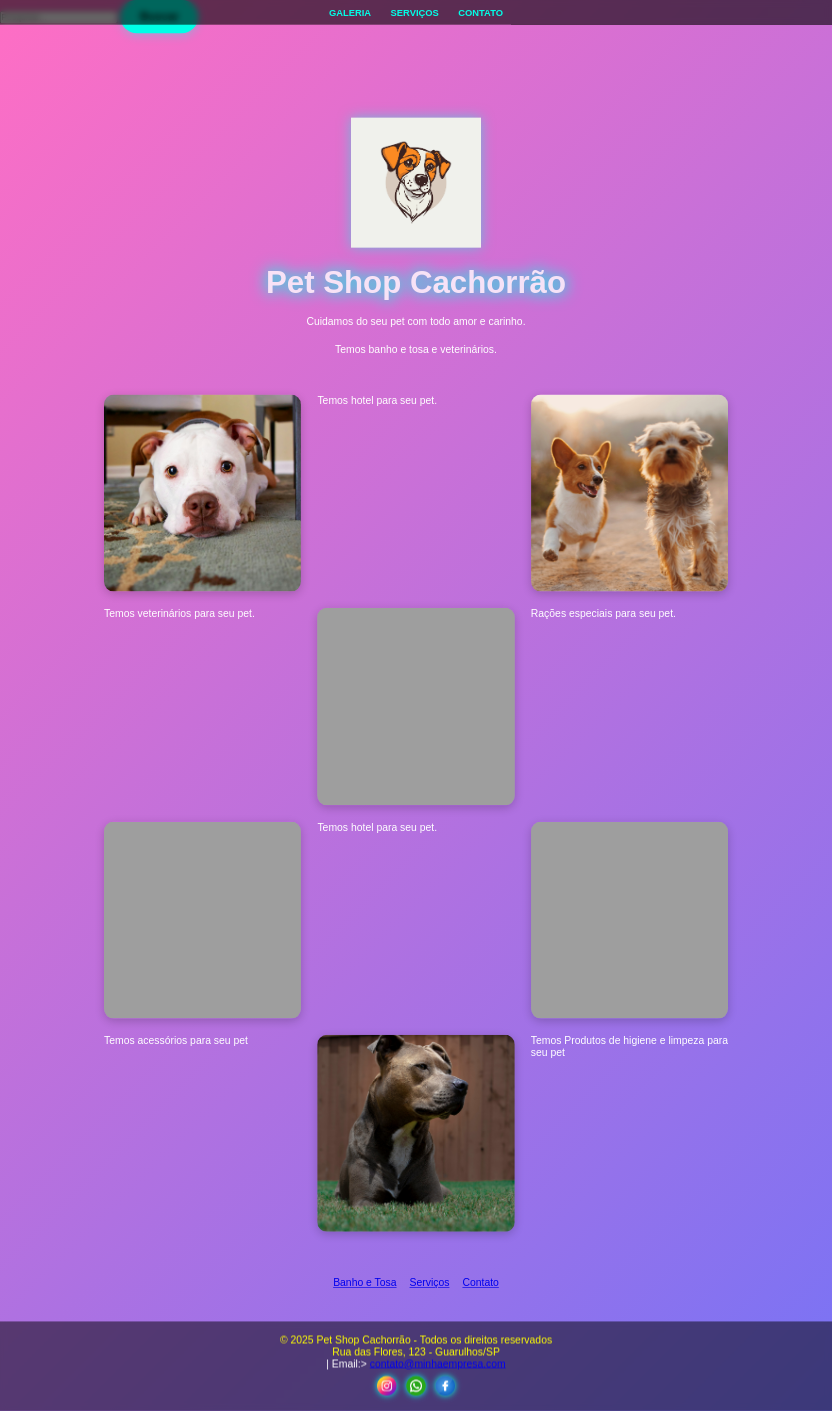
Repository: Sandro1969-tech/Desafio-petshop
Page: index.html
An editor plug-in stored every save of this project. The page is shown before and after a run of saves, followed by the edit.
The browser window is 1280 px wide. The pictures show the whole page, at 65% of full size.
Pictures or frames that could not be fetched are drawn as grey boxes.

Above is the page before, as saved 2025-12-11 20:08:16.

### index.html
<!DOCTYPE html>
<html lang="pt-BR">
<head>
  <meta charset="UTF-8">
  <meta name="viewport" content="width=device-width, initial-scale=1.0">
  <title>Pet Shop Moderno</title>
  <link rel="stylesheet" href="style.css">
  <link rel="icon" type="image/png" href="assets/image/icon.png">
</head>
<body>
  <!-- Navegação -->
   <form action="index.html" method="get">
    <input type="text" name="search" placeholder="Pesquisar...">
    <button type="submit">Buscar</button>
  <nav class="navbar">
    <ul>
      <li><a href="#gallery">Galeria</a></li>
      <li><a href="#services">Serviços</a></li>
      <li><a href="#contact">Contato</a></li>
    </ul>
  </nav>

  <!-- Cabeçalho -->
  <header>
    <img src="assets/image/logo.jpg" alt="Logo Pet Shop" class="logo">
    <h1 class="neon-title">Pet Shop Cachorrão</h1>
    <p>Cuidamos do seu pet com todo amor e carinho.</p>
    <p>Temos banho e tosa e veterinários.</p>
  </header>

  <!-- Conteúdo principal -->
  <main>
    <!-- Galeria -->
    <section id="gallery" class="gallery">

      <img src="assets/image/cao1.jpg" alt="Cachorro 1">
      <p>Temos hotel para seu pet.</p>
      <img src="assets/image/cao2.jpg" alt="Cachorro 2">
      <p>Temos veterinários para seu pet.</p>
      <img src="assets/image/cao3.jpg" alt="Cachorro 3">
      <p>Rações especiais para seu pet.</p>
      <img src="assets/image/gato1.jpg" alt="Gato 1">
      <p>Temos hotel para seu pet.</p>
      <img src="assets/image/gato2.jpg" alt="gato 2">
      <p>Temos acessórios para seu pet</p>
      <img src="assets/image/cao4.jpg" alt="cao 4">
      <p>Temos Produtos de higiene e limpeza para seu pet</p>
    </section>

    <!-- Serviços -->
    <section id="services" class="buttons">
      <a href="#banho-tosa" class="btn">Banho e Tosa</a>
      <a href="#servicos" class="btn">Serviços</a>
      <a href="#contact" class="btn">Contato</a>
    </section>
  </main>

  <!-- Rodapé -->
  <footer id="contact">
    <p  style="color: yellow;">© 2025 Pet Shop Cachorrão - Todos os direitos reservados</p>
    <p style="color: yellow;"> Rua das Flores, 123 - Guarulhos/SP</p>
    <p style="color: yellow;" Telefone (11) 1234-5678></p> | Email:> <a href="mailto:contato@minhaempresa.com">contato@minhaempresa.com</a></p>
    <div class="social-icons">
      <a href="https://instagram.com/seuPerfil" target="_blank" aria-label="Instagram">
        <img src="assets/image/instagram.png" alt="Instagram">
      </a>
      <a href="https://wa.me/seuNumero" target="_blank" aria-label="WhatsApp">
        <img src="assets/image/whatsapp.png" alt="WhatsApp">
      </a>
      <a href="https://facebook.com/seuPerfil" target="_blank" aria-label="Facebook">
        <img src="assets/image/facebook.png" alt="Facebook">
      </a>
    </div>
  </footer>
</body>
</html>

### style.css
/* Reset básico */
* {
  margin: 0;
  padding: 0;
  box-sizing: border-box;
}

html {
  scroll-behavior: smooth;
}

/* Fundo com gradiente vibrante */
body {
  font-family: 'Arial', sans-serif;
  background: linear-gradient(135deg, #ff6ec4, #7873f5);
  color: #fff;
  min-height: 100vh;
  display: flex;
  flex-direction: column;
}

/* Barra de navegação fixa */
.navbar {
  position: fixed;
  top: 0;
  width: 100%;
  background: rgba(0,0,0,0.6);
  padding: 10px 0;
  z-index: 1000;
  backdrop-filter: blur(5px);
}

.navbar ul {
  list-style: none;
  display: flex;
  justify-content: center;
  gap: 30px;
}

.navbar a {
  text-decoration: none;
  color: #00ffe7;
  font-weight: bold;
  transition: color 0.3s;
  text-transform: uppercase;
  font-size: 0.9rem;
}

.navbar a:hover {
  color: #ff6ec4;
}

/* --- ALTERAÇÃO FEITA AQUI: Cabeçalho Centralizado --- */
header {
  display: flex;
  /* Mudamos de 'row' (linha) para 'column' (coluna) para empilhar */
  flex-direction: column;
  /* Centraliza os itens horizontalmente */
  align-items: center;
  gap: 25px; /* Espaço entre o logo, título e ícone */
  padding: 130px 20px 40px;
  max-width: 1200px;
  margin: 0 auto;
  width: 100%;
}

/* --- ALTERAÇÃO FEITA AQUI: Logo Maior --- */
.logo {
  width: 200px; /* Aumentado de 80px para 200px */
  height: auto;
  filter: drop-shadow(0 0 10px rgba(0, 255, 231, 0.5)); /* Um brilho extra no logo */
}

.icon {
  width: 80px; /* Aumentei um pouco o ícone também para acompanhar o logo */
  height: auto;
}

/* Título neon com animação */
.neon-title {
  font-size: 3rem; /* Título um pouco maior */
  text-align: center;
  color: #fff;
  text-shadow: 0 0 5px #00ffe7, 0 0 10px #00ffe7, 0 0 20px #00ffe7;
  animation: flicker 2s infinite alternate;
}

@keyframes flicker {
  0% { opacity: 1; text-shadow: 0 0 5px #00ffe7, 0 0 10px #00ffe7; }
  50% { opacity: 0.8; text-shadow: 0 0 20px #00ffe7, 0 0 30px #00ffe7; }
  100% { opacity: 1; text-shadow: 0 0 10px #00ffe7, 0 0 20px #00ffe7; }
}

/* --- ALTERAÇÃO FEITA AQUI: Galeria 3x2 Fixa --- */
.gallery {
  display: grid;
  /* Força exatamente 3 colunas de tamanhos iguais */
  grid-template-columns: repeat(3, 1fr);
  gap: 25px; /* Espaço um pouco maior entre as fotos */
  padding: 20px;
  max-width: 1000px; /* Limita a largura total da galeria para não ficar muito esticada */
  margin: 0 auto; /* Centraliza a galeria */
  width: 100%;
}

.gallery img {
  width: 100%;
  aspect-ratio: 1 / 1;
  object-fit: cover;
  border-radius: 15px;
  transition: transform 0.3s, box-shadow 0.3s;
  box-shadow: 0 4px 15px rgba(0,0,0,0.2);
}

.gallery img:hover {
  transform: scale(1.05);
  box-shadow: 0 8px 25px rgba(0, 255, 231, 0.4);
  z-index: 1; /* Garante que a imagem em zoom fique por cima das outras */
}

/* Botões animados */
.buttons {
  display: flex;
  justify-content: center;
  flex-wrap: wrap;
  gap: 20px;
  margin: 50px 20px;
}

button {
  background: #00ffe7;
  border: none;
  padding: 15px 30px;
  border-radius: 50px;
  font-size: 1.1rem;
  font-weight: bold;
  color: #000;
  cursor: pointer;
  transition: all 0.3s ease;
  box-shadow: 0 4px 15px rgba(0, 255, 231, 0.3);
}

button:hover {
  transform: translateY(-5px);
  background: #ff6ec4;
  color: #fff;
  box-shadow: 0 6px 20px rgba(255, 110, 196, 0.5);
}

/* Rodapé */
footer {
  text-align: center;
  padding: 20px;
  background: rgba(0,0,0,0.5);
  margin-top: auto;
  backdrop-filter: blur(5px);
}

.social-icons {
  margin-top: 15px;
  display: flex;
  justify-content: center;
  gap: 25px;
}

.social-icons img {
  width: 30px;
  height: 30px;
  transition: transform 0.3s;
  filter: drop-shadow(0 0 5px #00ffe7);
}

.social-icons img:hover {
  transform: scale(1.2) rotate(10deg);
}

/* Media Query para celulares */
@media (max-width: 768px) {
  .neon-title {
    font-size: 2.2rem;
  }

  .logo {
      width: 150px; /* Logo um pouco menor em celulares */
  }

  /* IMPORTANTE: Em telas pequenas (celulares), 3 colunas ficam muito apertadas.
     Mudei para 2 colunas no celular para ficar melhor de ver.
     Se você quiser 3 colunas MESMO no celular, mude abaixo para repeat(3, 1fr) */
  .gallery {
    grid-template-columns: repeat(2, 1fr);
    gap: 15px;
  }
}

@media (max-width: 480px) {
    /* Em telas muito pequenas, 1 coluna só */
    .gallery {
        grid-template-columns: 1fr;
    }
}

.social-icons {
  display: flex;
  justify-content: center;
  gap: 15px;
  margin-top: 10px;
}

.social-icons img {
  width: 30px;
  height: 30px;
  transition: transform 0.3s ease, filter 0.3s ease;
}

.social-icons img:hover {
  transform: scale(1.2) rotate(10deg);
  filter: brightness(1.2);
}

After the next 2 saves:
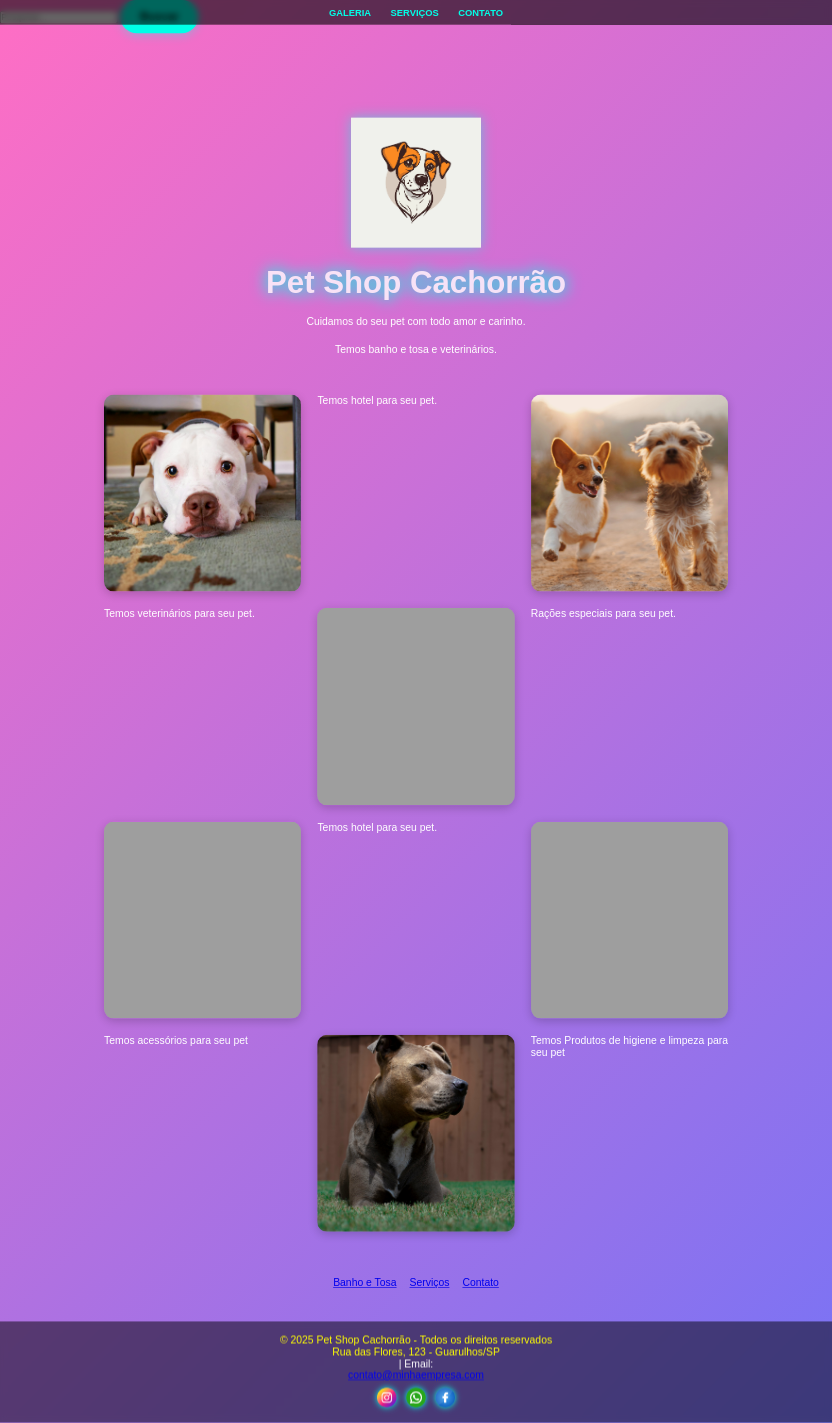
The 2 saves are shown as one change because they came seconds apart.
The last was saved 33 s later.
--- a/index.html
+++ b/index.html
@@ -59,7 +59,7 @@
   <footer id="contact">
     <p  style="color: yellow;">© 2025 Pet Shop Cachorrão - Todos os direitos reservados</p>
     <p style="color: yellow;"> Rua das Flores, 123 - Guarulhos/SP</p>
-    <p style="color: yellow;" Telefone (11) 1234-5678></p> | Email:> <a href="mailto:contato@minhaempresa.com">contato@minhaempresa.com</a></p>
+    <p style="color: yellow;" Telefone (11) 1234-5678></p> | Email:</p> <a href="mailto:contato@minhaempresa.com">contato@minhaempresa.com</a></p>
     <div class="social-icons">
       <a href="https://instagram.com/seuPerfil" target="_blank" aria-label="Instagram">
         <img src="assets/image/instagram.png" alt="Instagram">
